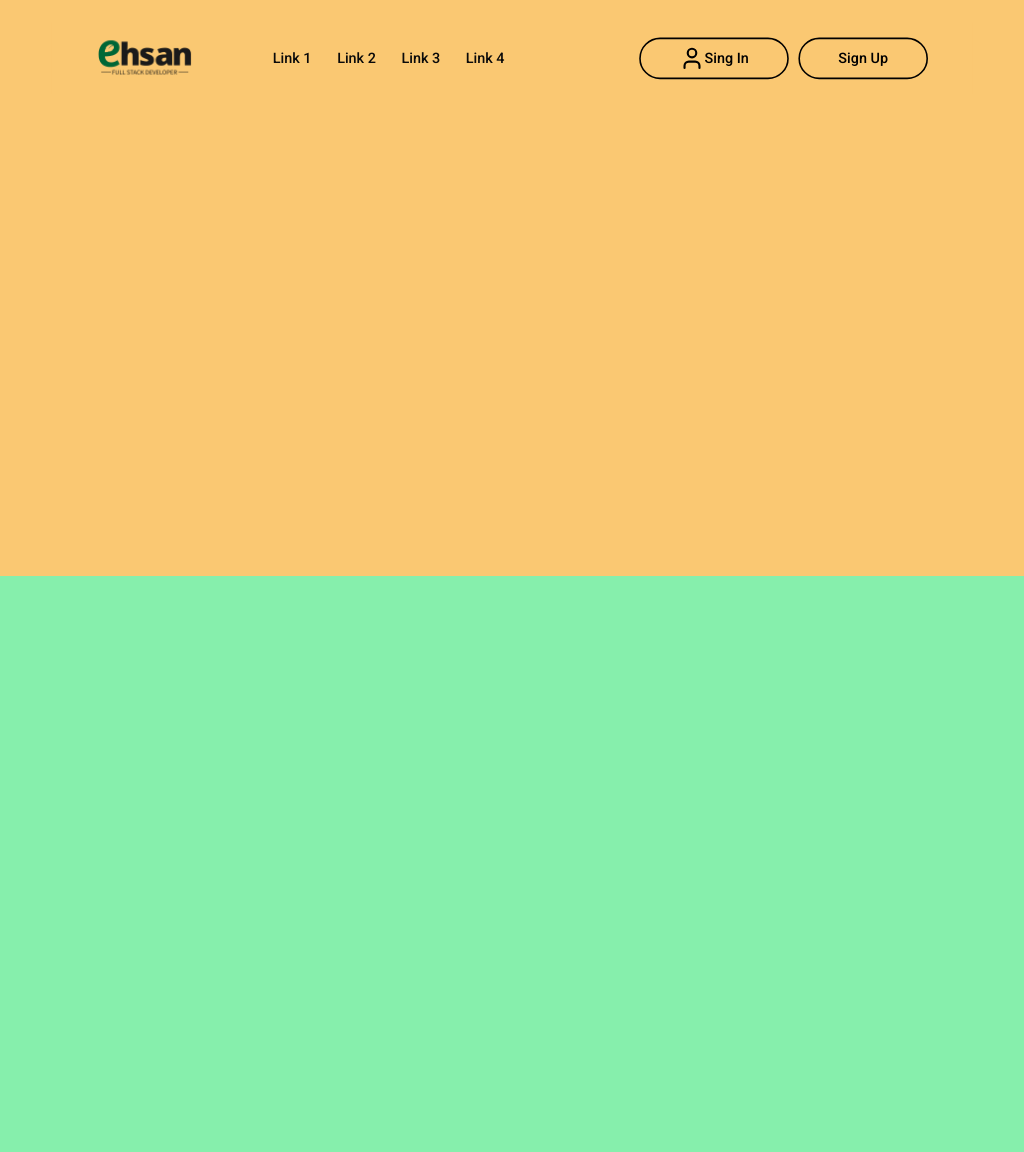
Repository: FrontendProjectsNL/mijn-portfolio-project
Page: /exercise
These files come from the project's save history. The page is drawn as it stood at one moment and after the next save; the edit follows.
The browser window is 1280 px wide. The pictures show the whole page, at 80% of full size.
The project was rebuilt for these pictures with package versions that can differ from the ones it lists, and the page was loaded fresh each time. The framework's server and built-in components were replaced by stand-ins that run in the browser. Also part of the build but not shown: next.config.mjs.

Above is the page before, as saved 2024-10-25 13:08:55.

After the next save:
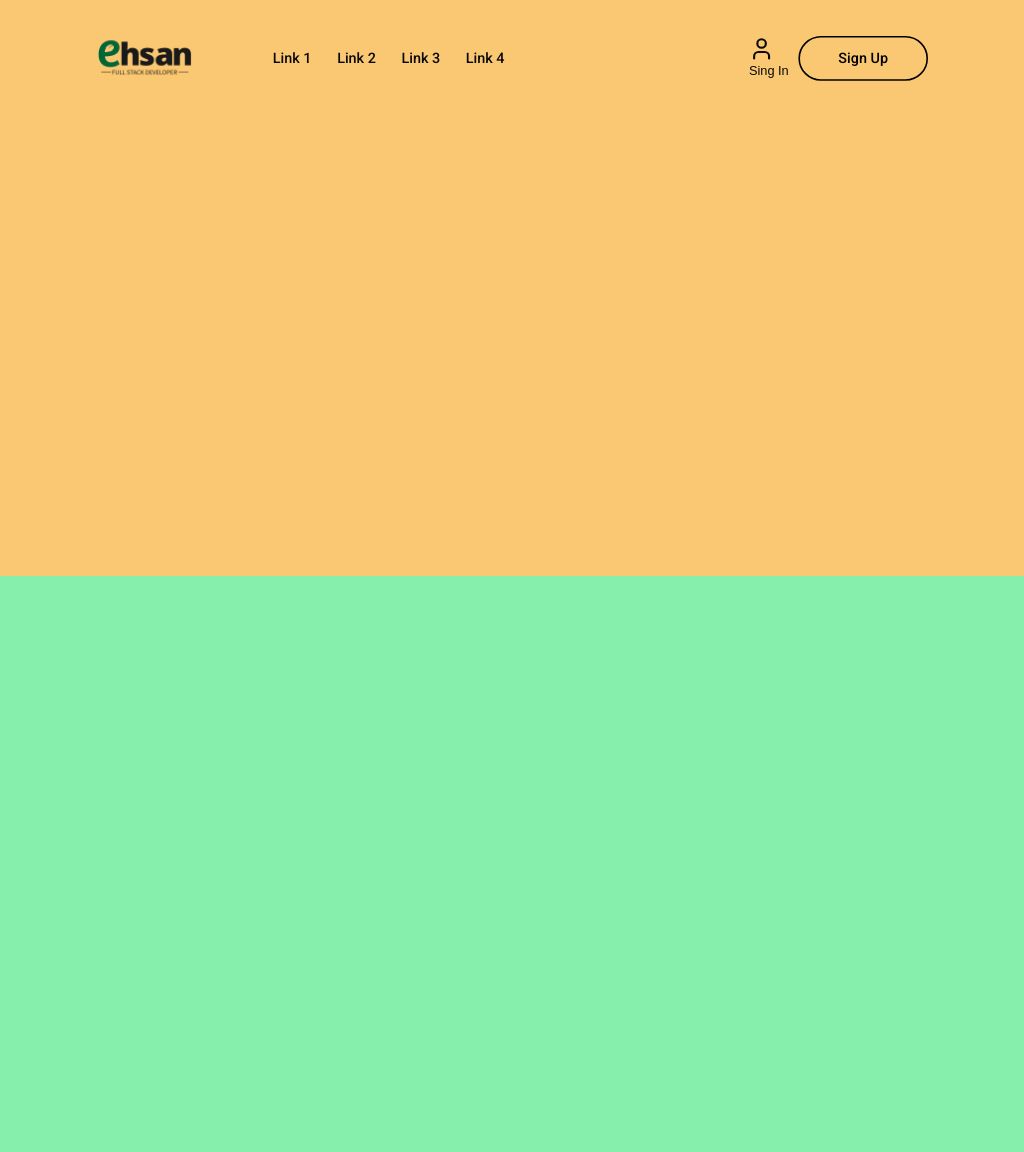
Saved 31 s later.
--- a/app/exercise/page.tsx
+++ b/app/exercise/page.tsx
@@ -82,7 +82,7 @@ const Page: React.FC<PageProps> = () => {
           </ul>
         </div>
         <div className="flex gap-3">
-          <button className="font-roboto group relative inline-flex items-center overflow-hidden rounded-full border-2 border-black px-12 py-2 text-lg font-medium text-black hover:bg-gray-50 hover:text-white">
+          <button>
             <User className="w-8 h-8" />
             <span className="relative transform duration-700 group-hover:-translate-x-3">
               Sing In
